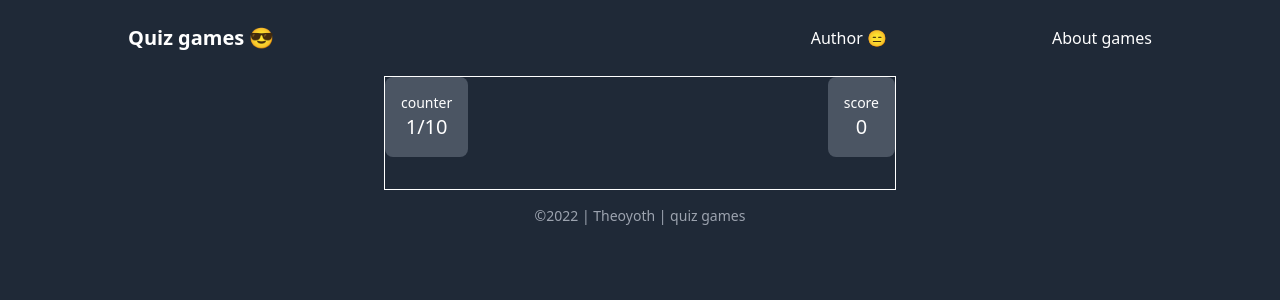
Repository: theoyoth/quiz-game
Page: /game
The author's editor kept a copy of each file at every save. The page is drawn from the files as they stood at one save, then again after the next save.
The browser window is 1280 px wide. The pictures show the whole page.
The page's requests for data from a server got no answer. The project was rebuilt for these pictures with package versions that can differ from the ones it lists, and the page was loaded fresh each time. The framework's server and built-in components were replaced by stand-ins that run in the browser. No one was signed in, and anything a server would have sent is missing. Also part of the build but not shown: nuxt.config.js, layouts/404.vue, layouts/error.vue, layouts/errorLayout.vue. Imported but missing from the stored project, and not drawn on this page: components/EndPage.vue.

Above is the page before, as saved 2022-06-16 15:39:05.

### assets/css/main.css
@tailwind base;
@tailwind components;
@tailwind utilities;


/* hide scrollbar */
/* ================================ */
* {
  /* for explorer, edge */
  -ms-overflow-style: none;
  /* for firefox */
  scrollbar-width: none;
}
::-webkit-scrollbar {
  /* for chrome, safari, and opera */
  display: none;
}
/* ================================ */

.correct {
  background-color: rgb(23, 87, 170);
}
.incorrect {
  background-color: rgb(204, 49, 41);
}

### components/Footer.vue
.<template>
  <div class="text-center mt-4">
    <p class="text-sm text-gray-400">&copy;2022 | Theoyoth | quiz games</p>
  </div>
</template>

<script>
export default {

}
</script>

### components/Header.vue
<template>
  <div class="flex justify-between items-center">
    <div>
      <h2 class="font-bold text-xl">
        <NuxtLink to="/">Quiz games 😎</NuxtLink>
      </h2>
    </div>
    <div class="lg:w-1/3 sm:w-1/2 md:w-1/3 xl:w-1/3 flex justify-between items-center">
      <NuxtLink to="/">Author 😑</NuxtLink>
      <NuxtLink to="/about">About games</NuxtLink>
    </div>
  </div>
</template>

<script>
export default {

}
</script>

### components/Loading.vue
<template>
  <div class="loading">
    <span></span>
  </div>
</template>

<script>
export default {

}
</script>

<style>
.loading {
  height: 100vh;
  width: 100%;
  display: flex;
  justify-content: center;
  align-items: center;
}
@keyframes circle-loading {
  to {
    transform: rotateZ(360deg);
  }
}
.loading span{
  display: block;
  width: 70px;
  height: 70px;
  border-radius: 50%;
  border: 2px solid transparent;
  border-top-color: #fff;
  animation: circle-loading 1200ms ease infinite;

}
</style>

### components/Main.vue
<template>
  <div>
    <div class="lg:px-10 md:px-8 sm:px-4 xl:px-32 py-6 min-h-screen bg-gray-800 text-white">
    <Header />
      <NuxtChild />
    <Footer />
    </div>
  </div>
</template>

<script>
export default {

}
</script>

### layouts/default.vue
<template>
  <Main>
      <Nuxt />
  </Main>
</template>

### pages/game.vue
<template>
  <div  class="mt-6">
    <Loading v-if="$fetchState.pending"/>
    <div v-else class="w-full grid grid-cols-1 place-items-center">
      <div class="xl:w-1/2 lg:w-3/4 sm:w-11/12 md:w-2/3 border border-white border-1">
        <div class="w-full flex justify-between mb-8">
          <div class="bg-gray-600 p-4 rounded-lg text-center">
            <p class="text-sm">counter</p>
            <h1 class="text-xl">1/10</h1>
          </div>
          <div class="bg-gray-600 p-4 rounded-lg text-center">
            <p class="text-sm">score</p>
            <h1 class="text-xl">0</h1>
          </div>
        </div>
        <div v-for="(q,i) in questionNow" :key="i" class="mb-4">
          <div class="px-6 py-8 bg-gray-600 rounded-lg text-center">
            <h1 class="text-lg font-semibold">{{q.question}}</h1>
            <div class="mt-4 grid grid-cols-2 gap-4 justify-items-center">
              <div v-for="(an,i) in q.answer" :key="i" class="w-40 py-2 bg-green-600 rounded-lg cursor-pointer text-center hover:bg-green-500" @click="sendAnswer">
                {{an}}
              </div>
            </div>
          </div>
        </div>
      </div>
    </div>
    <div v-if="feedback !== ''">
        <h1>{{feedback}}</h1>
    </div>
  </div>
</template>

<script>
export default {
  data() {
    return {
      dataQuestions:[],
      questions:[],
      answerQuestions:[],
      allQuestions:[],
      currentQuestion:"",
      questionNow:[],
      randomIdx:0,
      questionIndex:0,
      questionCounter:0,
      score:[],
      acceptingAnswer:false,
      feedback:"",
      correct:false,
      selectedAnswer:"",
    }
  },
  async fetch(){
    await this.getQuestions()
  },
  methods: {
    async getQuestions(){
      this.questionCounter = 0

      const dataQ = await this.$axios.get('https://opentdb.com/api.php?amount=10&category=9&difficulty=easy&type=multiple')
      this.dataQuestions = dataQ.data.results;
      this.dataQuestions.map((data,i) => {
        this.answerQuestions.push(data.incorrect_answers)

        this.randomIdx = Math.floor(Math.random() * 3) + 1
        this.answerQuestions[i].splice(this.randomIdx - 1, 0, data.correct_answer)

        this.allQuestions.push({question : data.question, answer: this.answerQuestions[i], correctAnswer: data.correct_answer})

      })
      await this.getNewQuestion()
    },
    async getNewQuestion(){
      if(this.allQuestions.length === 0){
        return this.feedback = "you are finished the questions"
      }
      this.questionCounter++

      this.questionIndex = Math.floor(Math.random() * this.allQuestions.length)
      const currentQuestion = this.allQuestions[this.questionIndex]
      this.questionNow.push(currentQuestion)

      this.allQuestions.splice(this.questionIndex, 1)

      this.acceptingAnswer = true
    },
    sendAnswer(e){
      if(!this.acceptingAnswer) return

      this.acceptingAnswer = false

      const target = e.target
      this.selectedAnswer = target.innerText
      const answer = this.questionNow[0].correctAnswer

      const classApply = this.selectedAnswer == answer ? 'correct' : 'incorrect'

      target.parentElement.classList.add(classApply)

      setTimeout(() => {
        target.parentElement.classList.remove(classApply)
        this.questionNow.splice(0,1)
        this.getNewQuestion()
      }, 500)
    }
  },
  fetchDelay : 2000,
  // mounted() {
  //   this.getNewQuestion()
  // }

}
</script>

### tailwind.config.js
/** @type {import('tailwindcss').Config} */
module.exports = {
  content: [
    "./components/**/*.{js,vue,ts}",
    "./layouts/**/*.vue",
    "./pages/**/*.vue",
    "./plugins/**/*.{js,ts}",
    "./nuxt.config.{js,ts}",
  ],
  theme: {
    extend: {},
    screens: {
      sm: "410px",
      md: "640px",
      lg: "770px",
      xl: "1024px",
    },
  },
  plugins: [],
};

After the next save:
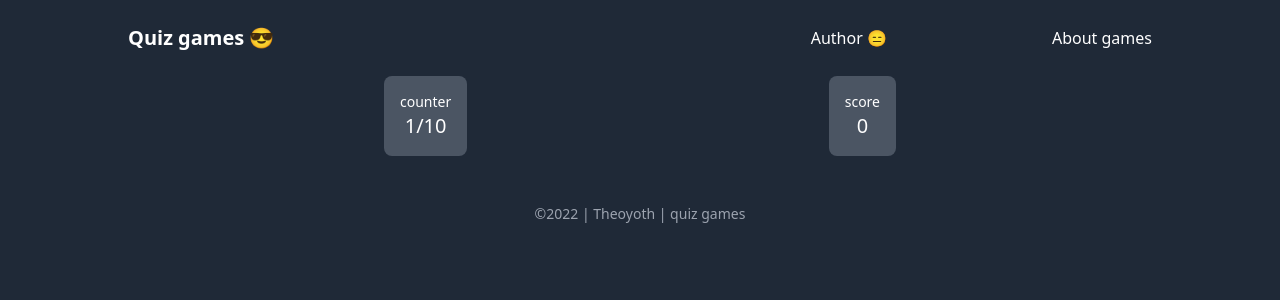
Saved 58 s later.
--- a/pages/game.vue
+++ b/pages/game.vue
@@ -2,7 +2,7 @@
   <div  class="mt-6">
     <Loading v-if="$fetchState.pending"/>
     <div v-else class="w-full grid grid-cols-1 place-items-center">
-      <div class="xl:w-1/2 lg:w-3/4 sm:w-11/12 md:w-2/3 border border-white border-1">
+      <div class="xl:w-1/2 lg:w-3/4 sm:w-11/12 md:w-2/3">
         <div class="w-full flex justify-between mb-8">
           <div class="bg-gray-600 p-4 rounded-lg text-center">
             <p class="text-sm">counter</p>
@@ -44,7 +44,7 @@ export default {
       randomIdx:0,
       questionIndex:0,
       questionCounter:0,
-      score:[],
+      score:0,
       acceptingAnswer:false,
       feedback:"",
       correct:false,
